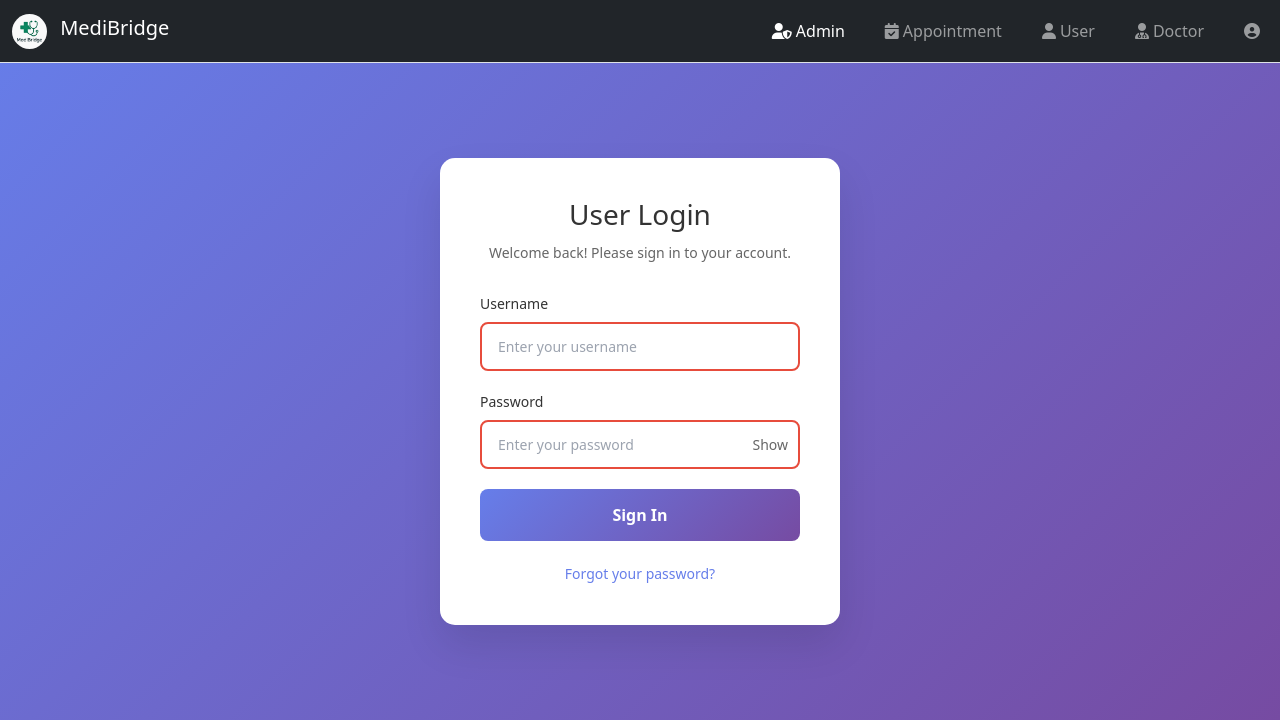
Repository: Abhinavan2004/MediBridge-hms
Page: http://localhost/Hospital_Management_System/User.jsp
The author's editor kept a copy of each file at every save. The page is drawn from the files as they stood at one save, then again after the next save.
The browser window is 1280 px wide. The pictures show the whole page.
The page is served by Tomcat 9.

Above is the page before, as saved 2025-07-13 21:26:36.

After the next save:
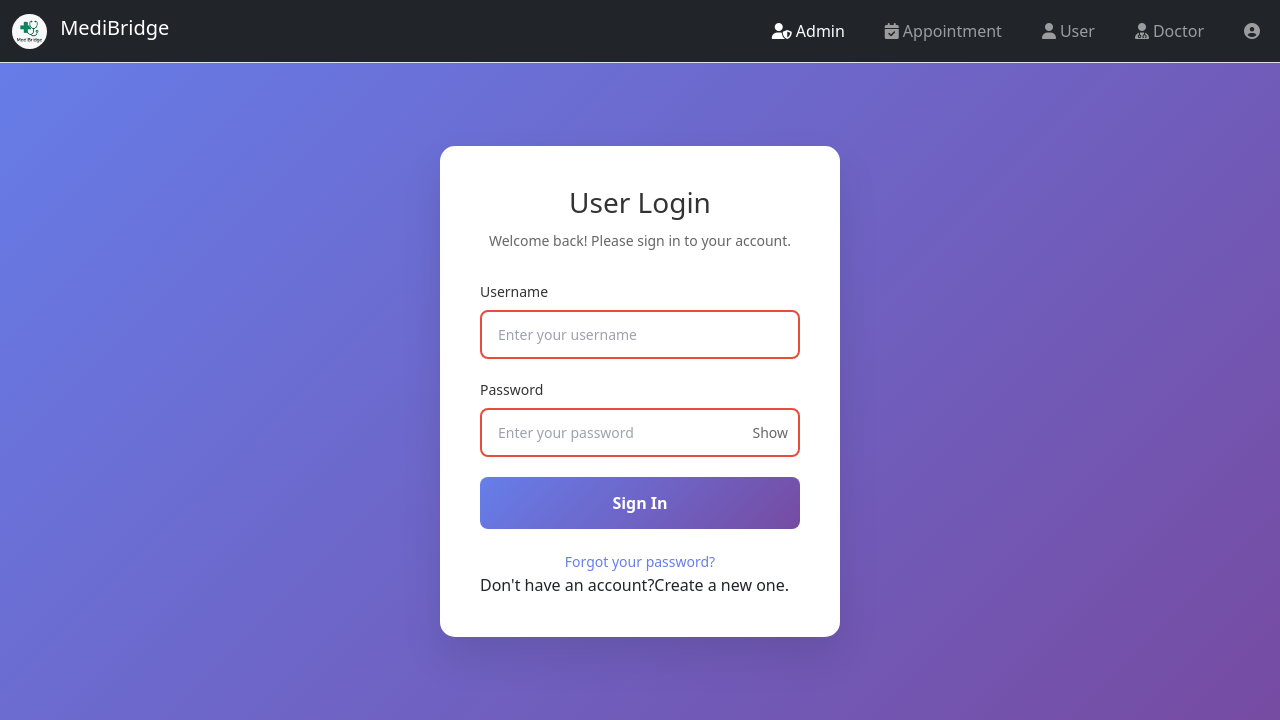
Saved 12 h 17 min later.
--- a/Hospital_Management_System/src/main/webapp/User.jsp
+++ b/Hospital_Management_System/src/main/webapp/User.jsp
@@ -211,6 +211,9 @@
             <div class="forgot-password">
                 <a href="forgot-password.jsp">Forgot your password?</a>
             </div>
+			<div class="create_account">
+                <a href="account_creation.jsp">Don't have an account?Create a new one.</a>
+            </div>
         </div>
     </div>
 
